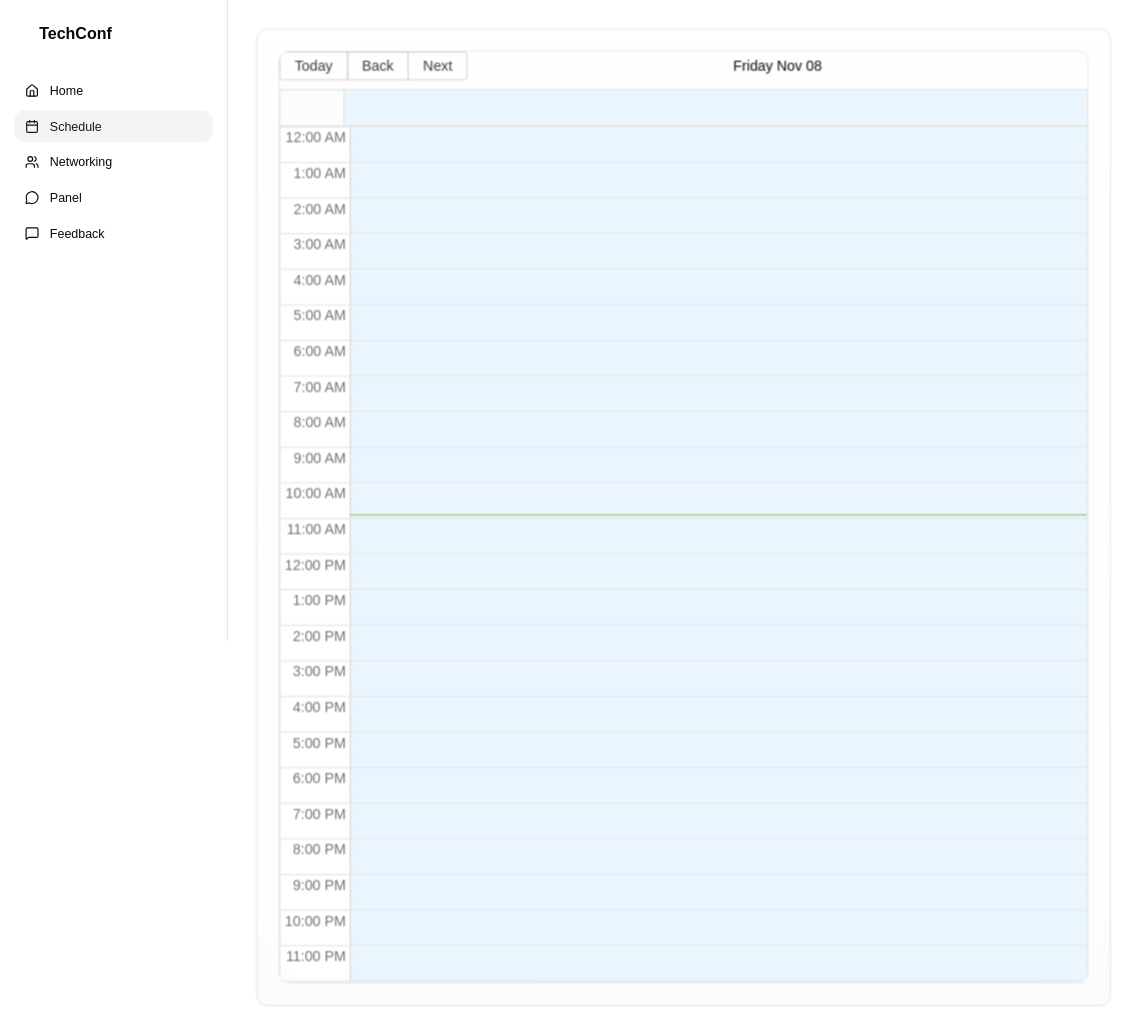
Repository: mrnavdal/symposium-2024
Page: /schedule (app in symposium24/)
These files come from the project's save history. The page is drawn as it stood at one moment and after the next save; the edit follows.
The browser window is 1280 px wide. The pictures show the whole page, at 89% of full size.
The project was rebuilt for these pictures with package versions that can differ from the ones it lists, and the page was loaded fresh each time. The framework's server and built-in components were replaced by stand-ins that run in the browser. Also part of the build but not shown: symposium24/next.config.ts.

Above is the page before, as saved 2024-11-08 13:31:27.

After the next save:
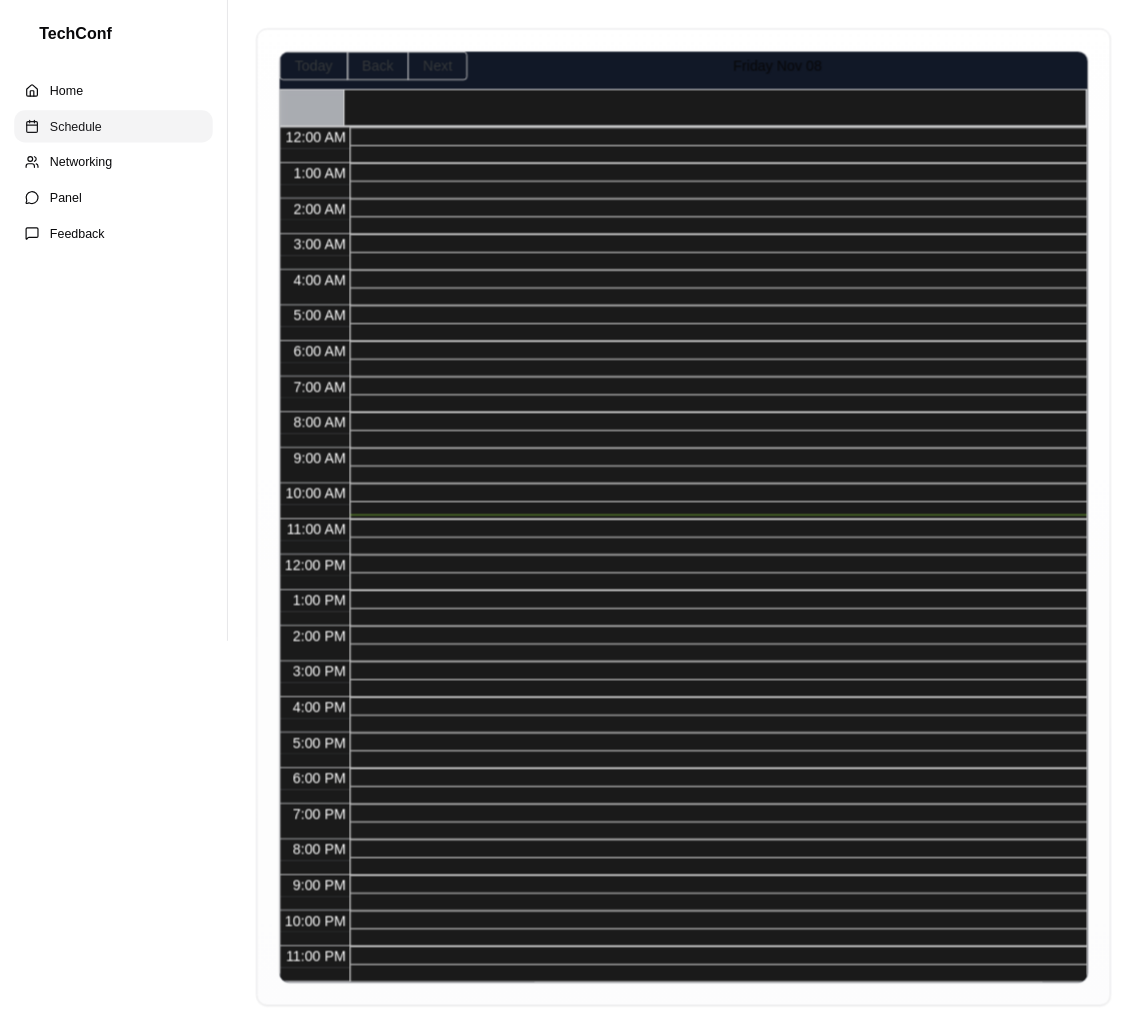
Saved 27 s later.
--- a/symposium24/src/components/Calendar.tsx
+++ b/symposium24/src/components/Calendar.tsx
@@ -37,15 +37,13 @@ const eventStyleGetter = (event: CalendarEvent) => {
 interface CalendarProps {
   events: CalendarEvent[]
 }
-
 export function Calendar({ events }: CalendarProps) {
   const { theme } = useTheme()
 
   const calendarProps = useMemo(() => ({
     className: cn(
-      'h-[700px] md:h-[800px]',
+      'h-[700px] md:h-[800px] bg-gray-900',
       theme === 'dark' && 'rbc-calendar-dark',
-
     ),
     localizer,
     events,
@@ -56,6 +54,18 @@ export function Calendar({ events }: CalendarProps) {
     eventPropGetter: eventStyleGetter,
     tooltipAccessor: (event: CalendarEvent) =>
       `${event.title}\nLocation: ${event.location}\nSpeaker: ${event.speaker}`,
+    dayPropGetter: () => ({
+      style: {
+        backgroundColor: theme === 'dark' ? '#1a1a1a' : '#1a1a1a',
+        color: '#fff'
+      }
+    }),
+    slotPropGetter: () => ({
+      style: {
+        backgroundColor: theme === 'dark' ? '#1a1a1a' : '#1a1a1a',
+        color: '#fff'
+      }
+    })
   }), [events, theme])
 
   return <BigCalendar {...calendarProps} />
